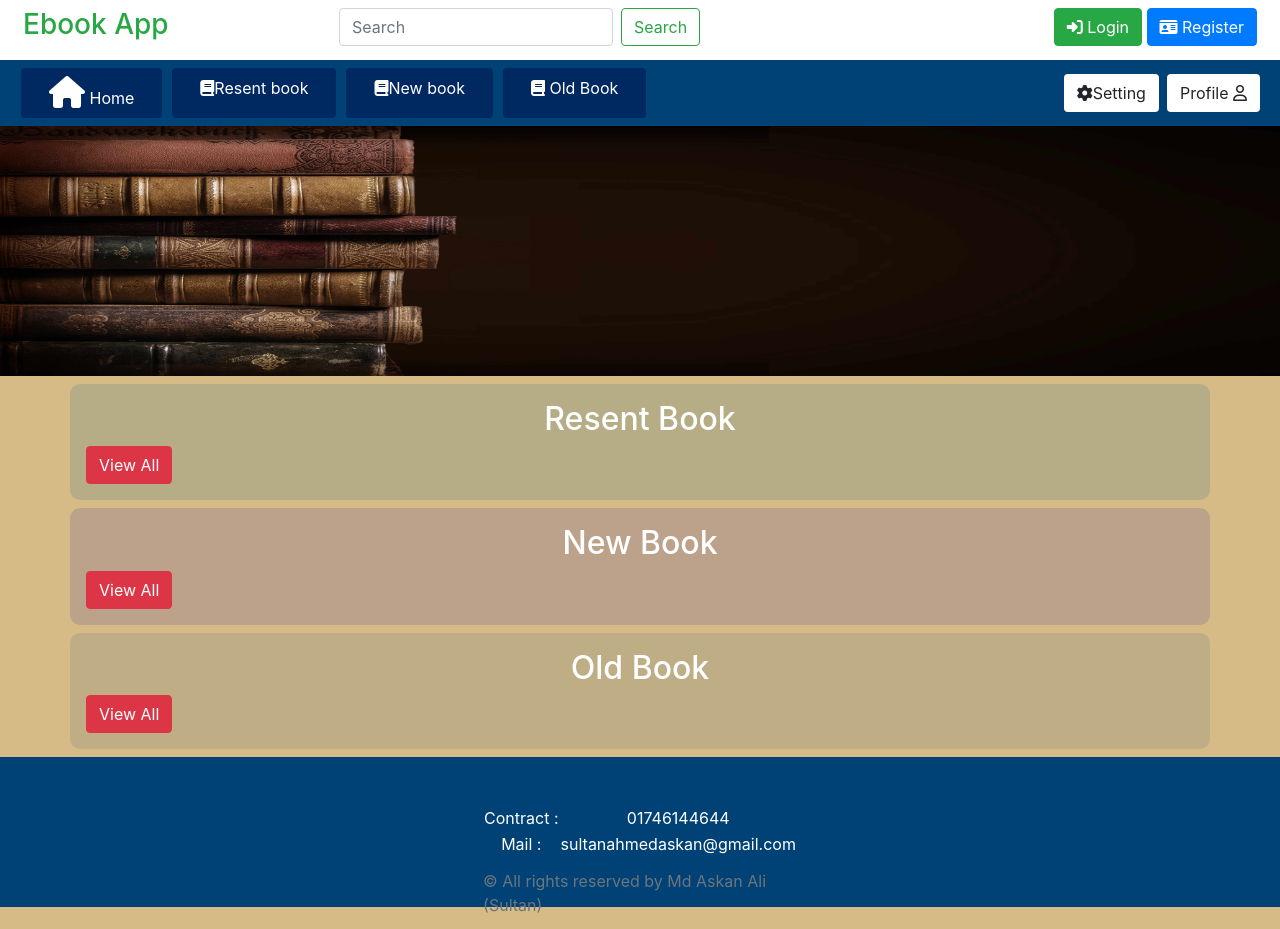
Repository: sultanaskan/EbookApp
Page: http://localhost/ebook/
An editor plug-in stored every save of this project. The page is shown before and after the next save, followed by the edit.
The browser window is 1280 px wide. The pictures show the whole page.
The page is served by Tomcat 9. Other server files are loaded and not shown. Queries for data that is not in the repository find no rows.

Above is the page before, as saved 2024-05-06 07:24:42.

### ebook/src/main/webapp/index.jsp
<%@page import="com.entity.*"%>
<%@page import="java.util.List"%>
<%@page import="com.DAO.DAOImpl"%>
<%@page import="com.DAO.DBconn"%>
<%@ page language="java" contentType="text/html; charset=UTF-8"
	pageEncoding="UTF-8"%>


<!DOCTYPE html>
<html>
<head>
<meta charset="UTF-8">
<title>Index page</title>
<%@include file="components/allcss.jsp"%>


</head>
<body>

<%DBconn dbconn = new DBconn();
if(dbconn != null){
	System.out.println("Connection successfull");
}

%>

	<%@include file="components/navbar.jsp"%>
	<img style="height: 250px; width: 100%" alt="benner"
		src="components/img/ben.png">
	<%
	HttpSession se = request.getSession();
	user u = (user) se.getAttribute("logedin");
	System.out.println("User Loged User id: " + u);
	DAOImpl dao = new DAOImpl(conn);
	List<Book> res = dao.getRsentBook();
	List<Book> ne = dao.getNewBook();
	List<Book> old = dao.getOldBook();
	System.out.println("Resent Books: " + res);
	System.out.println("Resent New: " + ne);
	System.out.println("Resent Old: " + old);
	%>









	<!-- Resent Book -->
	<div class="container my-2 p-3 resentbook">
		<h2 class="text-white text-center">Resent Book</h2>
		<div class="row justify-content-center text-center">



			<%
			for (Book b : res) {
			%>
			<div class="col-lg-3 col-md-4 col-sm-6 my-2">
				<div class="card">
					<div class="card-body">
						<img class="gcardbook" alt="book" src="books/<%=b.getFile()%>">
						<p>
							Book Name:
							<%=b.getName()%>
							<br> Author Name:<%=b.getAuthor()%>
							<br> Categories:
							<%=b.getCat()%>
						</p>
						<div class="row text-center justify-content-center">
							<c:if test="${not empty logedin  }">
								<%
								Cart c = dao.chackCartByUB(b.getBid(), u.getUid());
								if (c != null) {
								%>
								<a class="disabled btn btn-danger btn-sm m-1">Add Card</a>

								<%
								} else if( c==null){
								%>

								<a
									href="addcartservlet?bid=<%=b.getBid()%>&uid=<%=u.getUid()%>&bname=<%=b.getName()%>&author=<%=b.getAuthor()%>&price=<%=b.getPrice()%>&address=<%=u.getAddress()%>&phone=<%=u.getPhone()%>&email=<%=b.getEmail()%>"
									class="btn btn-danger btn-sm m-1">Add Card</a>
								<%
								}
								%>
							</c:if>




							<c:if test="${empty logedin }">

								<a href="login.jsp" class=" btn btn-danger btn-sm m-1">Add
									Card</a>
							</c:if>
							<a href="viewdetails.jsp?bid=<%=b.getBid()%>"
								class="btn btn-primary btn-sm m-1">View Details</a> <a
								class="btn btn-success btn-sm m-1">999</a>
						</div>
					</div>
				</div>
			</div>
			<%
			}
			%>



		</div>
		<a class="self-align-center  y-2 btn btn-danger">View All</a>
	</div>






	<!-- New Book -->
	<div class="container my-2 p-3 newbook">
		<h2 class="text-white text-center">New Book</h2>
		<div class="row justify-content-center text-center">

			<%
			for (Book nb : ne) {
			%>
			<div class="col-lg-3 col-md-4 col-sm-6 my-2">
				<div class="card">
					<div class="card-body">
						<img class="gcardbook" alt="book" src="books/<%=nb.getFile()%>">
						<p>
							Book Name:
							<%=nb.getName()%><br> Author Name:<%=nb.getAuthor()%>
							<br> Categories:
							<%=nb.getCat()%>
						</p>
						<div class="row text-center justify-content-center">
							<a class="btn btn-danger btn-sm m-1">Add Card</a> <a
								class="btn btn-primary btn-sm m-1">View Details</a> <a
								class="btn btn-success btn-sm m-1">999</a>
						</div>
					</div>
				</div>
			</div>
			<%
			}
			%>



		</div>
		<a class="self-align-center  y-2 btn btn-danger">View All</a>
	</div>




	<!-- Old Book -->
	<div class="container my-2 p-3 oldbook">
		<h2 class="text-white text-center">Old Book</h2>
		<div class="row justify-content-center text-center">

			<%
			for (Book ob : old) {
			%>
			<div class="col-lg-3 col-md-4 col-sm-6 my-2">
				<div class="card">
					<div class="card-body">
						<img class="gcardbook" alt="book" src="components/img/ben.png">
						<p>
							Book Name:<%=ob.getName()%>
							<br> Author Name:
							<%=ob.getAuthor()%><br> Categories:
							<%=ob.getCat()%>
						</p>
						<div class="row text-center justify-content-center">
							<a class="btn btn-danger btn-sm m-1">Add Card</a> <a
								class="btn btn-primary btn-sm m-1">View Details</a> <a
								class="btn btn-success btn-sm m-1">999</a>
						</div>
					</div>
				</div>
			</div>
			<%
			}
			%>




		</div>
		<a class="self-align-center  y-2 btn btn-danger">View All</a>
	</div>




	<%@include file="components/footer.jsp"%>
</body>
</html>

### ebook/src/main/webapp/components/allcss.jsp
<script
	src="https://cdn.jsdelivr.net/npm/jquery@3.5.1/dist/jquery.slim.min.js"></script>
<script
	src="https://cdn.jsdelivr.net/npm/popper.js@1.16.1/dist/umd/popper.min.js"></script>
<script
	src="D:/All projects/java web/EbookApp/src/main/webapp/components/bootstrap-4.6.2-dist/js/bootstrap.min.js"></script>

<link rel="stylesheet"
	href="https://cdn.jsdelivr.net/npm/bootstrap@4.6.2/dist/css/bootstrap.min.css">
<script
	src="https://cdn.jsdelivr.net/npm/bootstrap@4.6.2/dist/js/bootstrap.bundle.min.js"></script>
<link rel="stylesheet"
	href="https://cdnjs.cloudflare.com/ajax/libs/font-awesome/6.4.2/css/all.min.css" />

<link rel="stylesheet" href="components/style.css">

### ebook/src/main/webapp/components/navbar.jsp
<%@page import="java.sql.Connection"%>
<%@page import="com.db.Database"%>
<%@page import="com.entity.user"%>
<%@page import="com.DAO.DAOImpl"%>
<%@page import="com.DAO.DBconn"%>
<%@include file="jstl.jsp" %>


<% Connection conn =new Database().Dbconn(); %>


<div class="container-fluid bg-white  " style="min-height: 60px">
	<div class="row p-2">
		<div class="col-md-3">
			<h3 class="text-success float-left">Ebook App</h3>
		</div>
		<div class=" col-md-5">
			<form class="form-inline my-2 my-lg-0">
				<input class="form-control mr-sm-2" type="search"
					placeholder="Search" aria-label="Search">
				<button class="btn btn-outline-success my-2 my-sm-0" type="submit">Search</button>
			</form>
		</div>

		<c:if test="${not empty  logedin }">
			<div class="col-md-4  text-right">
				<a href="profile.jsp" class="btn btn-primary "><i
					class="fa-regular fa-user"></i> Profile</a>
				<button data-toggle="modal" data-target="#exampleModal"
					class="btn btn-danger ">
					<i class="fa-solid fa-right-from-bracket"></i> Logout
				</button>
			</div>
		</c:if>

		<c:if test="${empty logedin}">
			<div class="col-md-4  text-right">
				<a href="login.jsp" class="btn btn-success "><i
					class="fa-solid fa-right-to-bracket "></i> Login</a> <a
					href="register.jsp" class="btn btn-primary "><i
					class="fa-solid fa-id-card"></i> Register</a>
			</div>
		</c:if>


	</div>
</div>



<nav class="navbar navbar-expand-lg navbar-dark  sticky-top"
	style="background: #004275">
	<button class="navbar-toggler" type="button" data-toggle="collapse"
		data-target="#navbarSupportedContent"
		aria-controls="navbarSupportedContent" aria-expanded="false"
		aria-label="Toggle navigation">
		<span class="navbar-toggler-icon"></span>
	</button>
	<div class="row collapse navbar-collapse" id="navbarSupportedContent">
		<div class=" col-md-7 float-left ">
			<ul class="navbar-nav mr-auto">
				<li class="nav-item active"><a class="nav-link"
					href="index.jsp"> <i class="fa-solid fa-house fa-2x"></i> Home
				</a></li>
				<li class="nav-item active"><a class="nav-link"
					href="resentbook.jsp"> <i class="fa-solid fa-book"></i>Resent
						book
				</a></li>
				<li class="nav-item  active"><a class="nav-link"
					href="newbook.jsp"> <i class="fa-solid fa-book"></i>New book
				</a></li>
				<li class="nav-item active"><a class="nav-link "
					href="oldbook.jsp"> <i class="fa-solid fa-book"></i> Old Book
				</a></li>
			</ul>
		</div>

		<div class="col-md-5 ">
			<a class=" float-right btn bg-white mx-1" href="#">Profile <i
				class="fa-regular fa-user"></i>
			</a> <a href="setting.jsp" class=" float-right btn bg-white mx-1"
				href="#"><i class="fa-solid fa-gear"></i>Setting </a>




			<c:if test="${not empty logedin }">

				<%
				DAOImpl daoNav = new DAOImpl(conn);
				user uNav = (user) session.getAttribute("logedin");
				int uidNav = uNav.getUid();
				int totalCarts = daoNav.getCartsCountByUid(uidNav);
				System.out.println("total Carts is: " + totalCarts);
				%>

				<a href="cart.jsp" class="float-right  btn bg-white mx-1"
					href="#"> <i class="fa-solid fa-cart-arrow-down"></i> <sup
					style="font-size: 15px; width: 250px"
					class="bg-danger rounded text-white"> <%=totalCarts%>
				</sup>
				</a>
			</c:if>


		</div>

	</div>
</nav>





<!-- Modal -->
<div class="modal fade" id="exampleModal" tabindex="-1"
	aria-labelledby="exampleModalLabel" aria-hidden="true">
	<div class="modal-dialog">
		<div class="modal-content">
			<div class="modal-header">
				<h5 class="modal-title" id="exampleModalLabel">warning !</h5>
				<button type="button" class="close" data-dismiss="modal"
					aria-label="Close">
					<span aria-hidden="true">&times;</span>
				</button>
			</div>
			<div class="modal-body">Are you sure you want to logout?</div>
			<div class="modal-footer">
				<button type="button" class="btn btn-secondary" data-dismiss="modal">No</button>
				<a href="Logout" type="button" class="btn btn-primary">Yes</a>
			</div>
		</div>
	</div>
</div>

### ebook/src/main/webapp/components/jstl.jsp
<%@ taglib prefix = "c" uri = "http://java.sun.com/jsp/jstl/core" %>
<%@  page isELIgnored="false" %>

### ebook/src/main/webapp/components/footer.jsp
<div class="container-fluid  text-center " style="height:150px; background:#004275">
	<div class="row text-center text-white pt-5 justify-content-center">


		<table>
		<caption>&copy All rights reserved by Md Askan Ali (Sultan)</caption>

		<tr>
		<td>Contract : </td>
		<td>01746144644</td>
		</tr>
		<tr>
		<td>Mail     : </td>
		<td>sultanahmedaskan@gmail.com</td>
		</tr>
		</table>
	</div>
</div>

### ebook/src/main/java/com/DAO/DBconn.java
package com.DAO;

import java.sql.Connection;
import java.sql.DriverManager;
import java.sql.SQLException;

public class DBconn {

	public Connection getConn() {
		// TODO Auto-generated method stub
		Connection conn = null;
		String url = "jdbc:mysql://localhost:3306/ebook";
		String user = "root";
		String password = "";
		try {
			Class.forName("com.mysql.cj.jdbc.Driver");
		} catch (ClassNotFoundException e) {
			// TODO Auto-generated catch block
			e.printStackTrace();
		}

		try {

			conn = DriverManager.getConnection(url, user, password);
		} catch (SQLException e) {
			// TODO Auto-generated catch block
			e.printStackTrace();
		}

		return conn;
	}

}

### ebook/src/main/java/com/db/Database.java
package com.db;

import java.sql.Connection;
import java.sql.DriverManager;
import java.sql.SQLException;

public class Database{






	public Database() {
		super();
		// TODO Auto-generated constructor stub
	}

	public Connection Dbconn() {
		// TODO Auto-generated method stub
		Connection conn  = null;
		String url= "jdbc:mysql://localhost:3306/ebook";
		String user= "root";
		String password= "";

		try {
			Class.forName("com.mysql.cj.jdbc.Driver");
		} catch (ClassNotFoundException e) {
			// TODO Auto-generated catch block
			e.printStackTrace();
		}

		try {

			conn = DriverManager.getConnection(url,user, password);
		} catch (SQLException e) {
			// TODO Auto-generated catch block
			e.printStackTrace();
		}

		return conn;
	}


}

### ebook/src/main/java/com/DAO/DAO.java
package com.DAO;

import java.util.ArrayList;


import com.entity.*;
import java.util.List;

public abstract class DAO {
	public abstract boolean RegisterUser(user u);
	public abstract user getUserByEP(String E, String p);
	public abstract boolean addNewBook(Book b);
	public abstract boolean updateBook(Book b);
	public abstract List<Book> getAllBook();
	public abstract List<Book> getRsentBook();
	public abstract List<Book> getNewBook();
	public abstract List<Book> getOldBook();
	public abstract List<Cart> getCartsByU(int uid);
	public abstract Book getBookById(int id);
	public abstract boolean removeBookById(int id);
	public abstract boolean addCart(Cart c);
	public abstract Cart chackCartByUB(int bid, int uid);
	public abstract boolean RemoveCartbyId(int cid);
	public abstract double getTotalAmount(int uid);
	public abstract int getCartsCountByUid(int uid);
	public abstract boolean saveOrder(Order o);

}

### ebook/src/main/webapp/components/style.css

body{
	background-color:#D6BB87;
}
.gcardbook{
	height: 135px;
	width: 100px;
}
.resentbook{
	background-color: rgba(132, 151, 134,0.4);
	border-radius: 10px;
}

.newbook{
	background-color: rgba(148, 124, 145,0.4);
	border-radius: 10px;
}

.oldbook{
	background-color: rgba(155, 152, 130,.4);
	border-radius: 10px;
}
.card {
	background-color: rgba(255, 255, 223,0.3);
	transition: 1s ease-in-out ;
}
.card{
	background-color: white;
}

.navbar ul li{
	padding-left: 20px;
	padding-right: 20px;
	background-color: rgba(0, 0, 68, .4);
	border-radius: 4px;
	margin-right: 5px;
	margin-left: 5px;
}

.navbar ul li:hover {
	background-color:rgb(128, 0, 128);
	transition: .3s ease-in-out;
	color:rgb(0, 0, 64) !important;
	border-radius: 4px;

}

Loaded but not shown: ebook/src/main/java/com/DAO/DAOImpl.java (488 lines, source omitted)

After the next save:
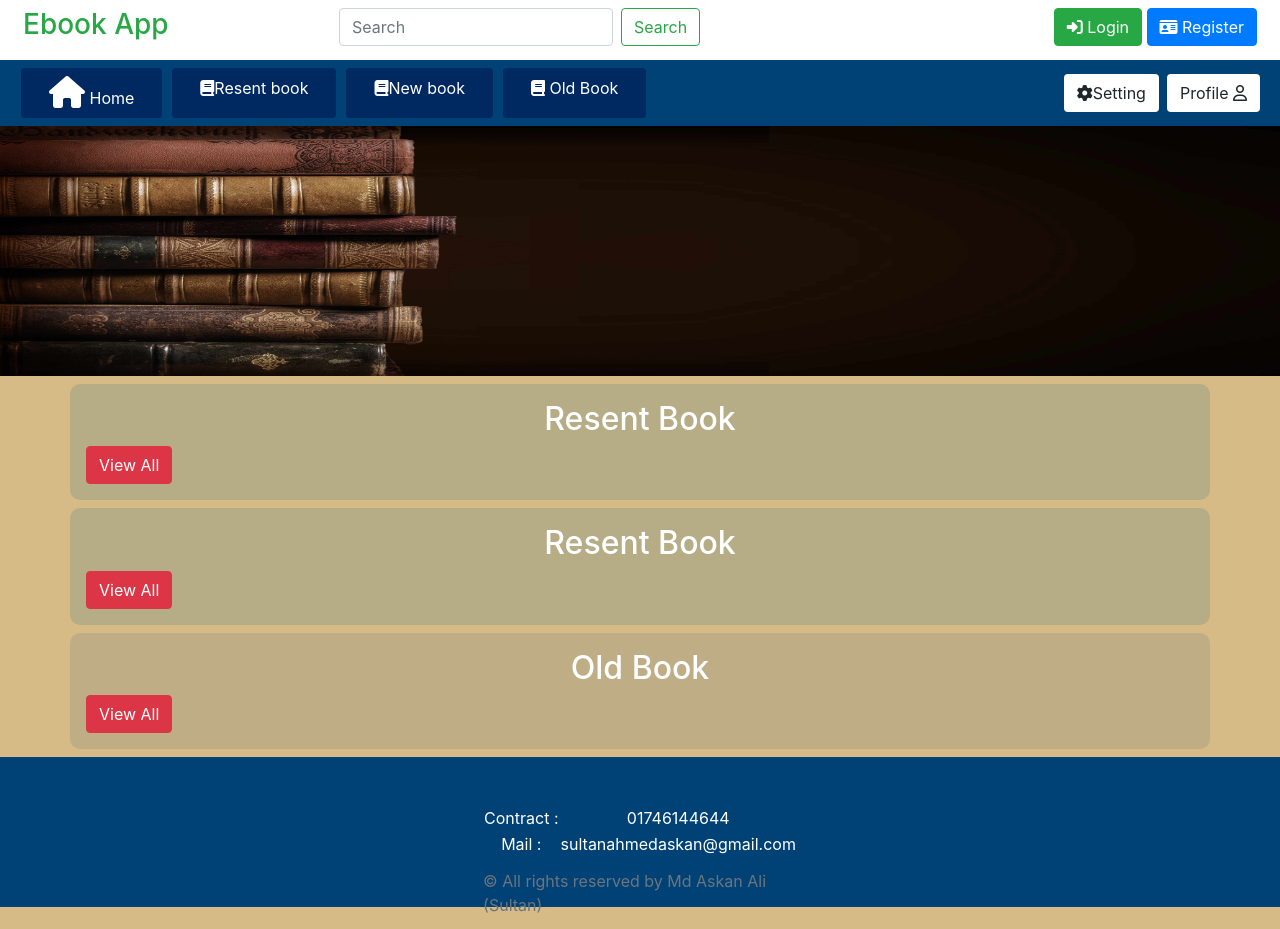
Saved 83 s later.
--- a/ebook/src/main/webapp/index.jsp
+++ b/ebook/src/main/webapp/index.jsp
@@ -120,25 +120,55 @@ if(dbconn != null){
 
 
 	<!-- New Book -->
-	<div class="container my-2 p-3 newbook">
-		<h2 class="text-white text-center">New Book</h2>
+	<div class="container my-2 p-3 resentbook">
+		<h2 class="text-white text-center">Resent Book</h2>
 		<div class="row justify-content-center text-center">
 
-			<%
-			for (Book nb : ne) {
+
+
+			<%
+			for (Book b : res) {
 			%>
 			<div class="col-lg-3 col-md-4 col-sm-6 my-2">
 				<div class="card">
 					<div class="card-body">
-						<img class="gcardbook" alt="book" src="books/<%=nb.getFile()%>">
+						<img class="gcardbook" alt="book" src="books/<%=b.getFile()%>">
 						<p>
 							Book Name:
-							<%=nb.getName()%><br> Author Name:<%=nb.getAuthor()%>
+							<%=b.getName()%>
+							<br> Author Name:<%=b.getAuthor()%>
 							<br> Categories:
-							<%=nb.getCat()%>
+							<%=b.getCat()%>
 						</p>
 						<div class="row text-center justify-content-center">
-							<a class="btn btn-danger btn-sm m-1">Add Card</a> <a
+							<c:if test="${not empty logedin  }">
+								<%
+								Cart c = dao.chackCartByUB(b.getBid(), u.getUid());
+								if (c != null) {
+								%>
+								<a class="disabled btn btn-danger btn-sm m-1">Add Card</a>
+
+								<%
+								} else if( c==null){
+								%>
+
+								<a
+									href="addcartservlet?bid=<%=b.getBid()%>&uid=<%=u.getUid()%>&bname=<%=b.getName()%>&author=<%=b.getAuthor()%>&price=<%=b.getPrice()%>&address=<%=u.getAddress()%>&phone=<%=u.getPhone()%>&email=<%=b.getEmail()%>"
+									class="btn btn-danger btn-sm m-1">Add Card</a>
+								<%
+								}
+								%>
+							</c:if>
+
+
+
+
+							<c:if test="${empty logedin }">
+
+								<a href="login.jsp" class=" btn btn-danger btn-sm m-1">Add
+									Card</a>
+							</c:if>
+							<a href="viewdetails.jsp?bid=<%=b.getBid()%>"
 								class="btn btn-primary btn-sm m-1">View Details</a> <a
 								class="btn btn-success btn-sm m-1">999</a>
 						</div>
